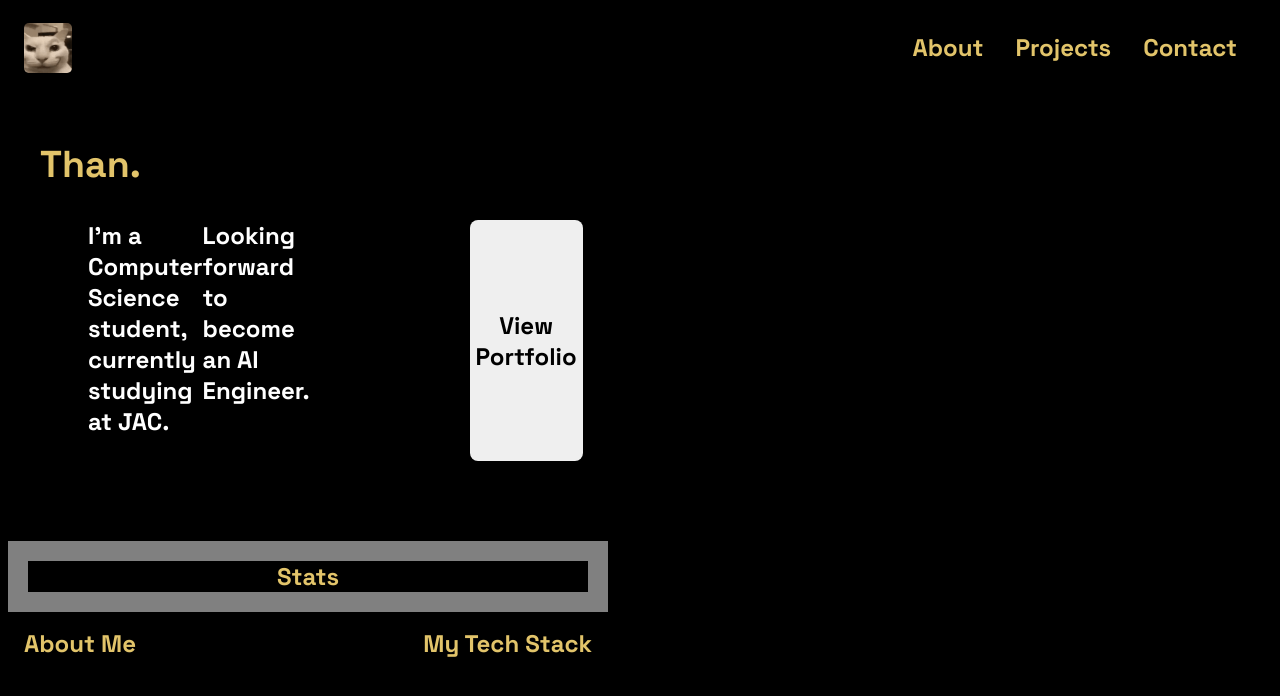
Repository: Than-dot/Than-dot
Page: index.html
The author's editor kept a copy of each file at every save. The page is drawn from the files as they stood at one save, then again after a run of saves.
The browser window is 1280 px wide. The pictures show the whole page.

Above is the page before, as saved 2026-05-06 12:38:21.

### index.html
<!doctype html>
<html lang="en">
  <head>
    <meta charset="UTF-8" />
    <meta name="viewport" content="width=device-width, initial-scale=1.0" />
    <title>Than</title>
    <link rel="stylesheet" href="styles/global.css" />
    <link rel="stylesheet" href="styles/index.css" />
  </head>

  <body>
    <header>
      <nav>
        <img src="./assets/images/uncanny-cat-freaky.png" alt="cat" />
        <ul class="nav-center">
          <li>About</li>
          <li>Projects</li>
          <li>Contact</li>
        </ul>
      </nav>
    </header>
    <main>
      <section class="container1">
        <article class="f-art"><h1>Than.</h1></article>
        <aside class="f-asi">
          <p>I'm a Computer Science student, currently studying at JAC.</p>
          <p>Looking forward to become an AI Engineer.</p>
          <button>View Portfolio</button>
        </aside>
        <article class="stats">Stats</article>
      </section>
    </main>
    <section class="container2">
      <aside class="s-asi">About Me</aside>
      <article class="s-art">My Tech Stack</article>
    </section>
  </body>
</html>

### styles/global.css
@font-face {
  font-family: Space-Grotesk;
  src: url(/assets/font/Space_Grotesk/SpaceGrotesk-VariableFont_wght.ttf);
}

body {
  font-family: Space-Grotesk, sans-serif;
  font-weight: bold;
  font-size: 1.5rem;
}

button {
  font-family: Space-Grotesk, sans-serif;
  font-weight: bold;
  font-size: 1.5rem;
}

.f-art {
  font-size: 2rem;
}

### styles/index.css
body {
  width: 100%;
  max-width: 600px;
  background-color: black;
  color: #e2c46a;
}
.container1 {
  display: flex;
  flex-direction: column;
}

.f-art {
  margin: 2rem;
  margin-top: 1rem;
}

.f-asi {
  display: grid;
  margin-top: 0;
  justify-content: space-between;
}

p {
  margin: 0;
  margin-bottom: 1.5rem;
  color: white;
}

.stats {
  border: 20px solid grey;
  text-align: center;
}

.s-art {
}

.s-asi {
}

.container2 {
  display: flex;
  flex-direction: row;
  justify-content: space-between;
  margin: 1rem;
}

button {
  border-radius: 8px;
  border: none;
  max-width: 10rem;
  margin-left: 10rem;
}

button:hover {
  box-shadow: 0 6px 12px rgba(0, 0, 0, 0.15);
}

img {
  height: 50px;
  width: auto;
  margin-left: 1rem;
  border-radius: 10%;
}

.nav-center {
  display: flex;
  gap: 32px;
  list-style: none;
  margin-left: 10rem;
}

nav {
  align-items: center;
  display: flex;
  border: white;
}

h1 {
  margin-bottom: 0;
}

@media screen and (min-width: 700px) {
  body {
    width: 100%;
  }
  .nav-center {
    display: flex;
    gap: 32px;
    list-style: none;
    margin-left: 50rem;
  }
  .f-asi {
    display: grid;
    margin-top: 0;
    justify-content: space-between;
  }
  .f-asi {
    display: flex;
    margin: 5rem;
    margin-top: 0;
    justify-content: space-between;
  }
}

After the next 2 saves:
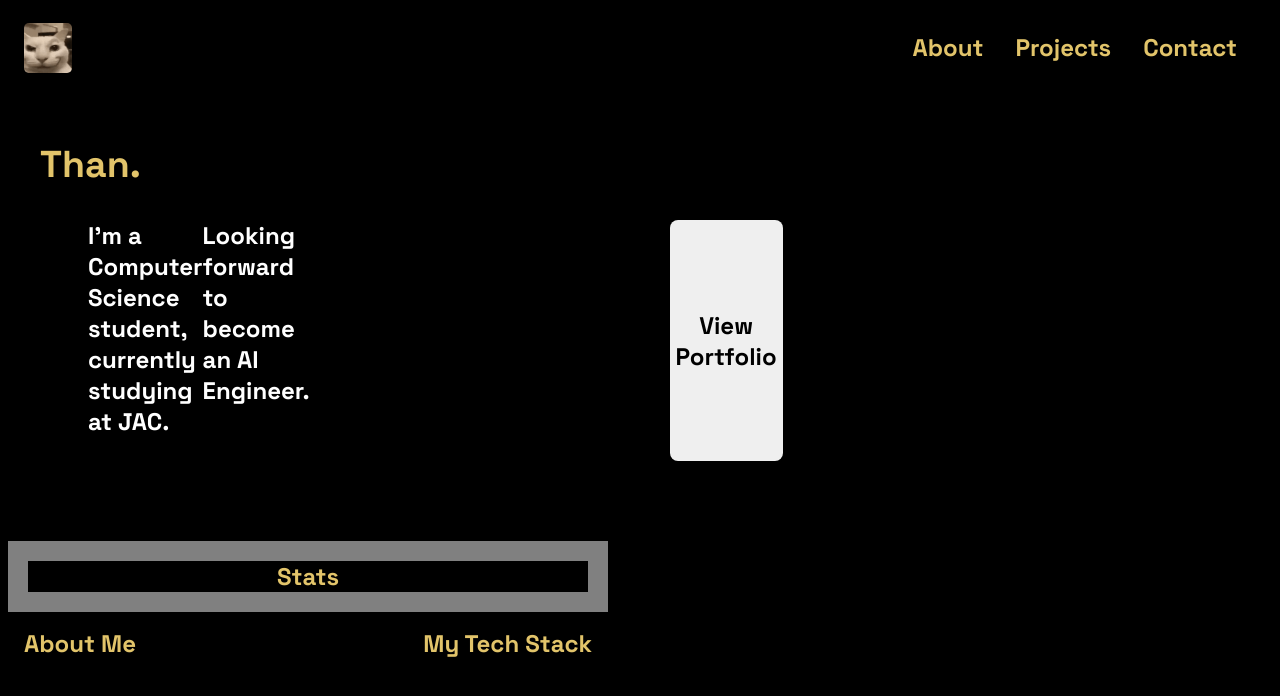
The 2 saves are shown as one change because they came seconds apart.
The last was saved 9 s later.
--- a/styles/index.css
+++ b/styles/index.css
@@ -48,7 +48,7 @@ button {
   border-radius: 8px;
   border: none;
   max-width: 10rem;
-  margin-left: 10rem;
+  margin-left: 50vh;
 }
 
 button:hover {
